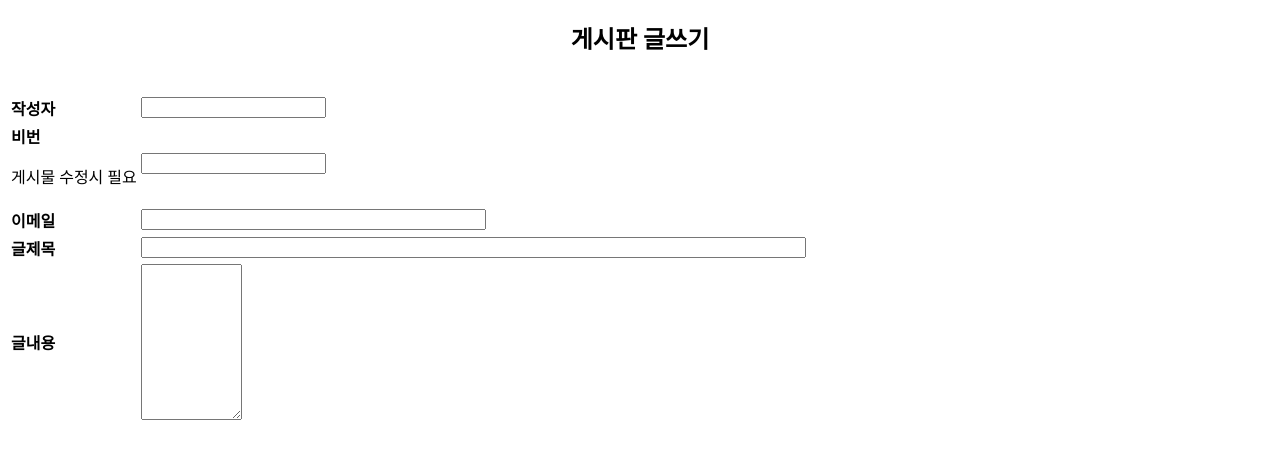
Repository: supremehappy/JSP_test02
Page: http://localhost/test/JSP_Test_06_1_boardWriteForm.jsp
An editor plug-in stored every save of this project. The page is shown before and after the next save, followed by the edit.
The browser window is 1280 px wide. The pictures show the whole page.
The page is served by Tomcat 9.

Above is the page before, as saved 2017-07-17 07:17:20.

After the next save:
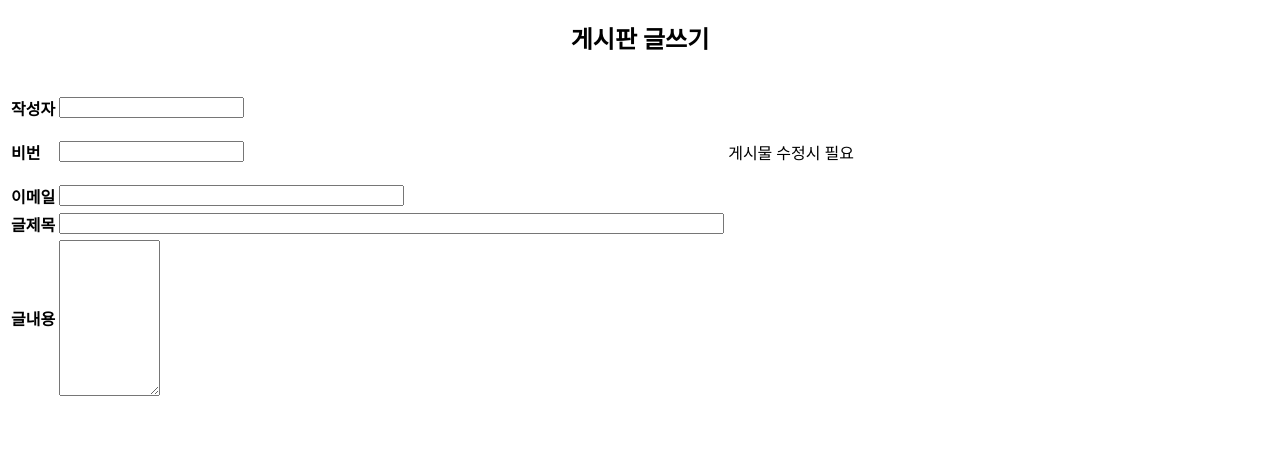
Saved 22 s later.
--- a/test/WebContent/JSP_Test_06_1_boardWriteForm.jsp
+++ b/test/WebContent/JSP_Test_06_1_boardWriteForm.jsp
@@ -22,8 +22,9 @@
 			<td><input type="text" name="name" size="20"></td>
 		</tr>
 		<tr>
-			<td><label><b>비번		</b></label><p>게시물 수정시 필요</p></td>
+			<td><label><b>비번		</b></label></td>
 			<td><input type="password" name="pw" size="20"></td>
+			<td><p>게시물 수정시 필요</p></td>
 		</tr>
 		<tr>
 			<td><label><b>이메일		</b></label></td>
